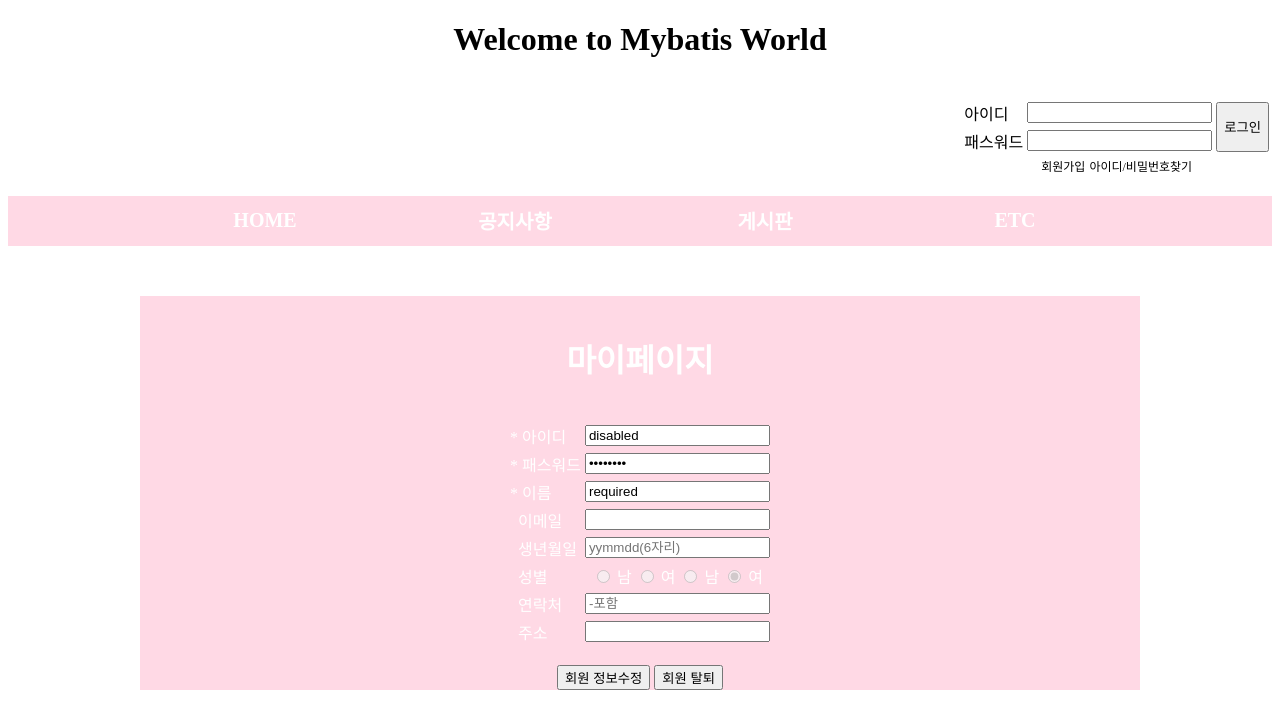
Repository: smjae96/Backup
Page: http://localhost/mybatisProject/WEB-INF/views/member/myPage.jsp
An editor plug-in stored every save of this project. The page is shown before and after a run of saves, followed by the edit.
The browser window is 1280 px wide. The pictures show the whole page.
The page is served by Tomcat 9. Nobody is signed in. The template is opened directly, without the code that normally fills it, so the values that code supplies are empty.

Above is the page before, as saved 2024-04-03 07:26:02.

After the next 3 saves:
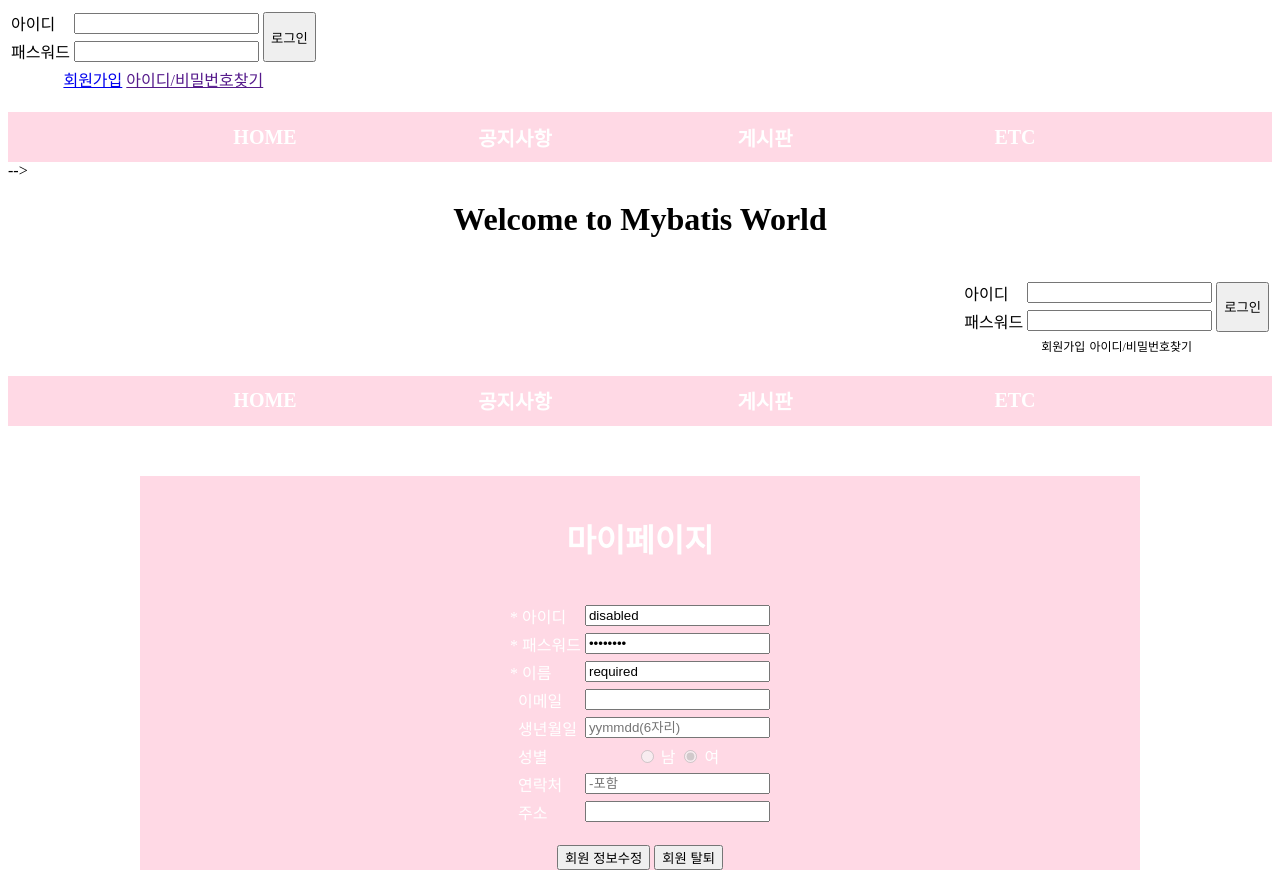
The 3 saves are shown as one change because 2 did not build or start.
The last was saved 4 min 22 s later.
--- a/6_mybatis/mybatisProject/webapp/WEB-INF/views/member/myPage.jsp
+++ b/6_mybatis/mybatisProject/webapp/WEB-INF/views/member/myPage.jsp
@@ -1,5 +1,6 @@
 <%@ page language="java" contentType="text/html; charset=UTF-8"
     pageEncoding="UTF-8"%>
+<%@ taglib prefix="c" uri="http://java.sun.com/jsp/jstl/core" %>
 <!DOCTYPE html>
 <html>
 <head>
@@ -7,7 +8,8 @@
 <title>Insert title here</title>
 </head>
 <body>
-<jsp:include page="../common/menubar.jsp"/>
+<!-- <jsp:include page="../common/menubar.jsp"/> -->
+<%@ include file="../common/menubar.jsp" %>
 <div class="outer">
 		<br>
 		<h1 align="center">마이페이지</h1>
@@ -46,8 +48,9 @@
 				</tr>
 				<tr>
 					<td>&nbsp;&nbsp;성별</td>
+					<td align="center">
 					<c:choose>
-					<td align="center">
+
 
 						<c:when test="${loginUser.gender eq 'M'}">
 							<input type="radio" name="gender" value="M" checked disabled> 남
@@ -58,8 +61,9 @@
 							<input type="radio" name="gender" value="F" checked disabled> 여
 						</c:otherwise>
 
+
+					</c:choose>
 					</td>
-					</c:choose>
 				</tr>
 				<tr>
 					<td>&nbsp;&nbsp;연락처</td>

After the save that followed:
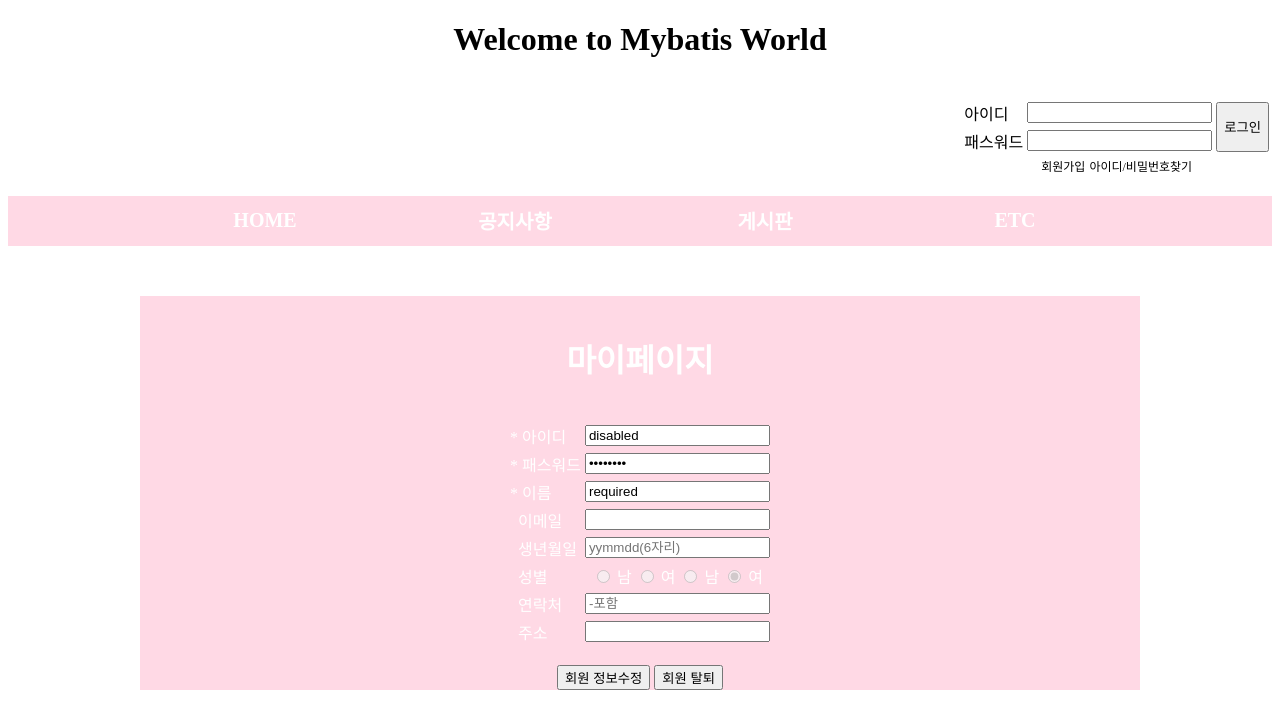
Saved 20 s later.
--- a/6_mybatis/mybatisProject/webapp/WEB-INF/views/member/myPage.jsp
+++ b/6_mybatis/mybatisProject/webapp/WEB-INF/views/member/myPage.jsp
@@ -1,6 +1,5 @@
 <%@ page language="java" contentType="text/html; charset=UTF-8"
     pageEncoding="UTF-8"%>
-<%@ taglib prefix="c" uri="http://java.sun.com/jsp/jstl/core" %>
 <!DOCTYPE html>
 <html>
 <head>
@@ -8,8 +7,7 @@
 <title>Insert title here</title>
 </head>
 <body>
-<!-- <jsp:include page="../common/menubar.jsp"/> -->
-<%@ include file="../common/menubar.jsp" %>
+<jsp:include page="../common/menubar.jsp"/>
 <div class="outer">
 		<br>
 		<h1 align="center">마이페이지</h1>
